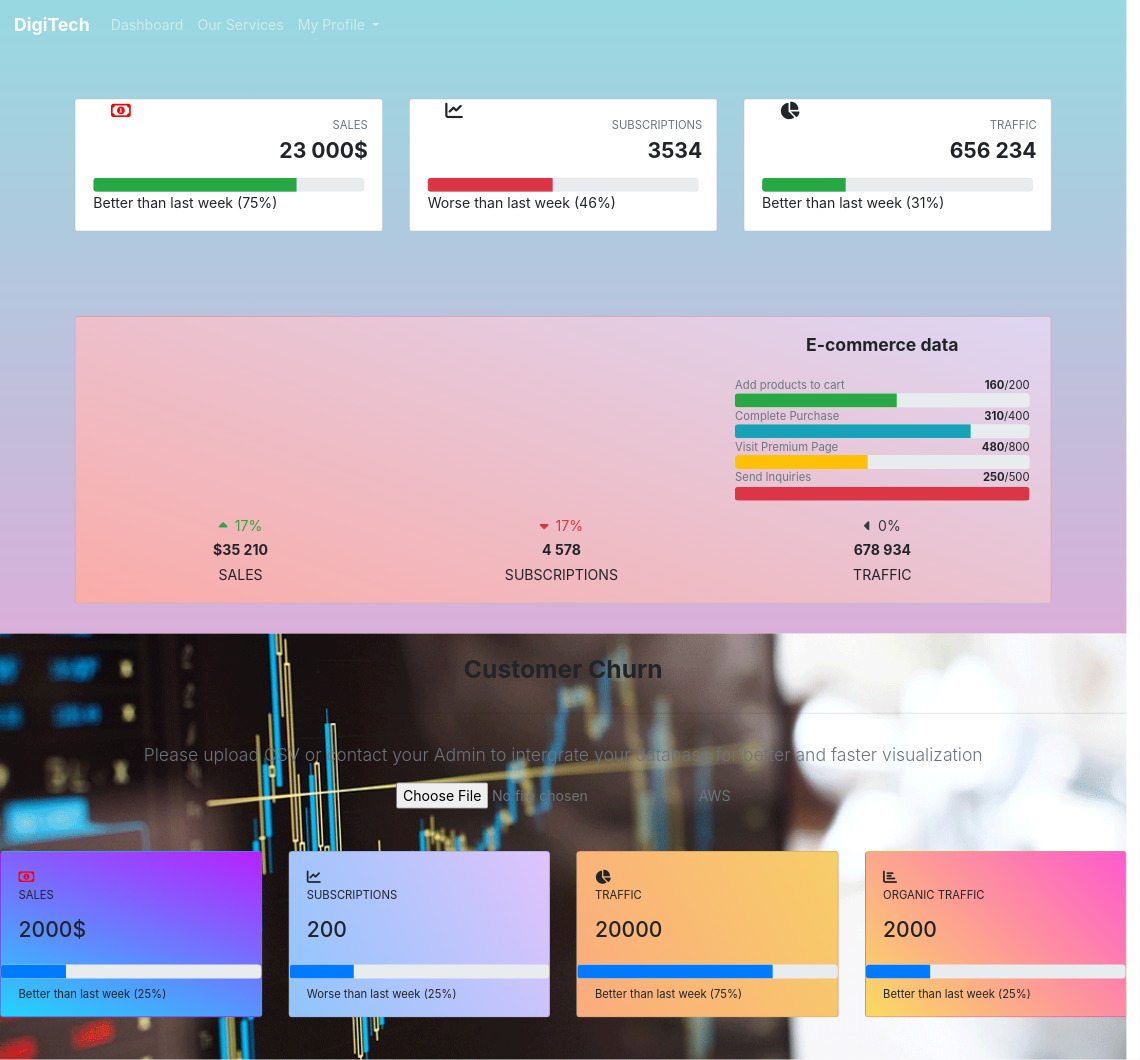
Repository: Tookliin/DigiTech
Page: /profile
An editor plug-in stored every save of this project. The page is shown before and after the next save, followed by the edit.
The browser window is 1280 px wide. The page is 1295 px wide, so the pictures cover 1295 px, including what lies to the right of the window. The pictures show the whole page, at 88% of full size.
The project was rebuilt for these pictures with package versions that can differ from the ones it lists, and the page was loaded fresh each time. Also part of the build but not shown: src/components/Dashboard.vue, src/components/Error.vue, src/components/Register.vue, src/components/Organization.vue.

Above is the page before, as saved 2020-07-22 11:51:28.

After the next save:
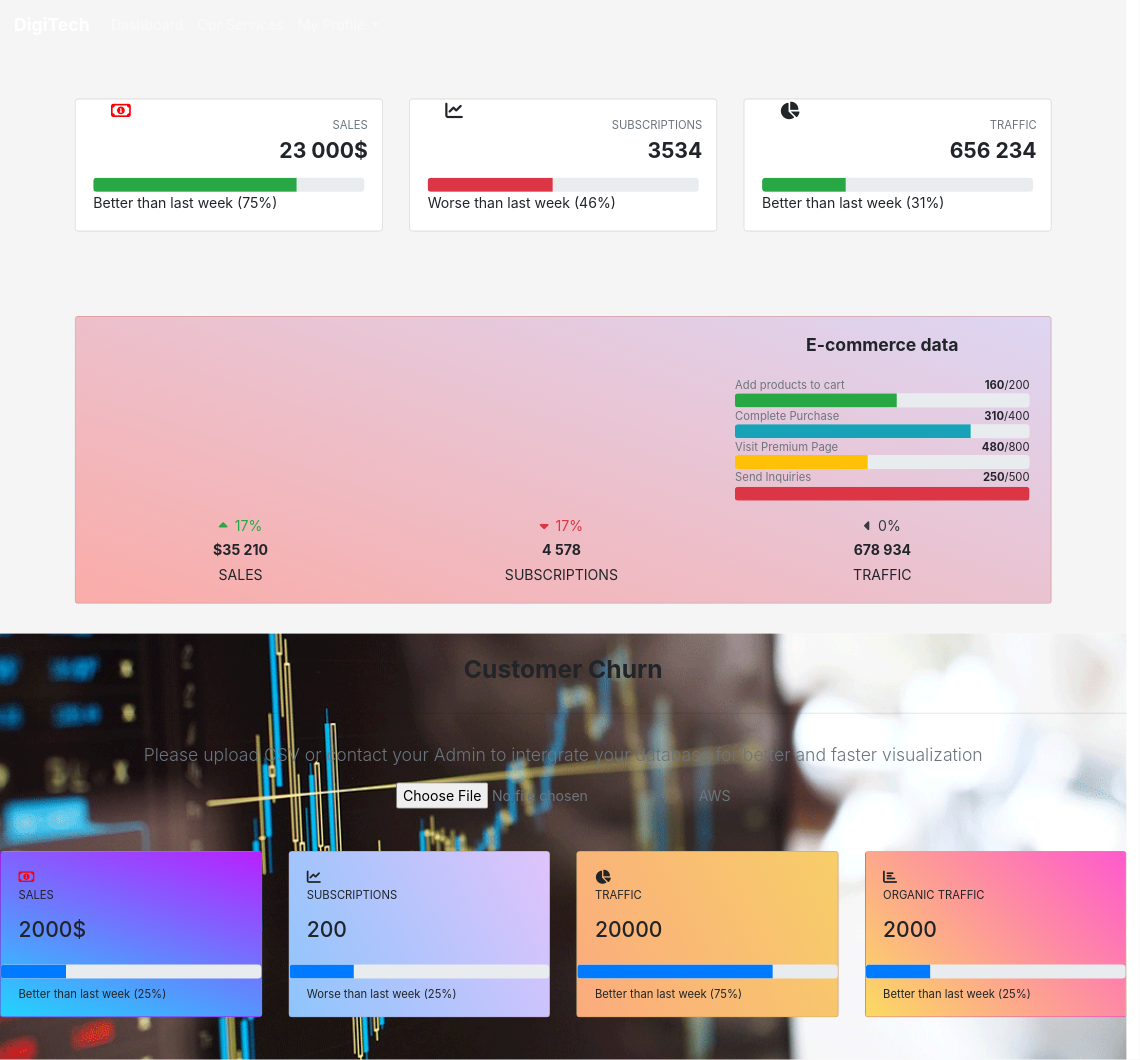
Saved 11 s later.
--- a/src/assets/css/main.css
+++ b/src/assets/css/main.css
@@ -55,10 +55,7 @@
 .profile{
 background-color:
 #F5F5F5;
-background-image: -webkit-linear-gradient(0deg, #D9AFD9 0%, #97D9E1 100%);
-background-image: -moz-linear-gradient(0deg, #D9AFD9 0%, #97D9E1 100%);
-background-image: -o-linear-gradient(0deg, #D9AFD9 0%, #97D9E1 100%);
-background-image: linear-gradient(0deg, #D9AFD9 0%, #97D9E1 100%);
+
 
 }
 

After the 2 saves that followed:
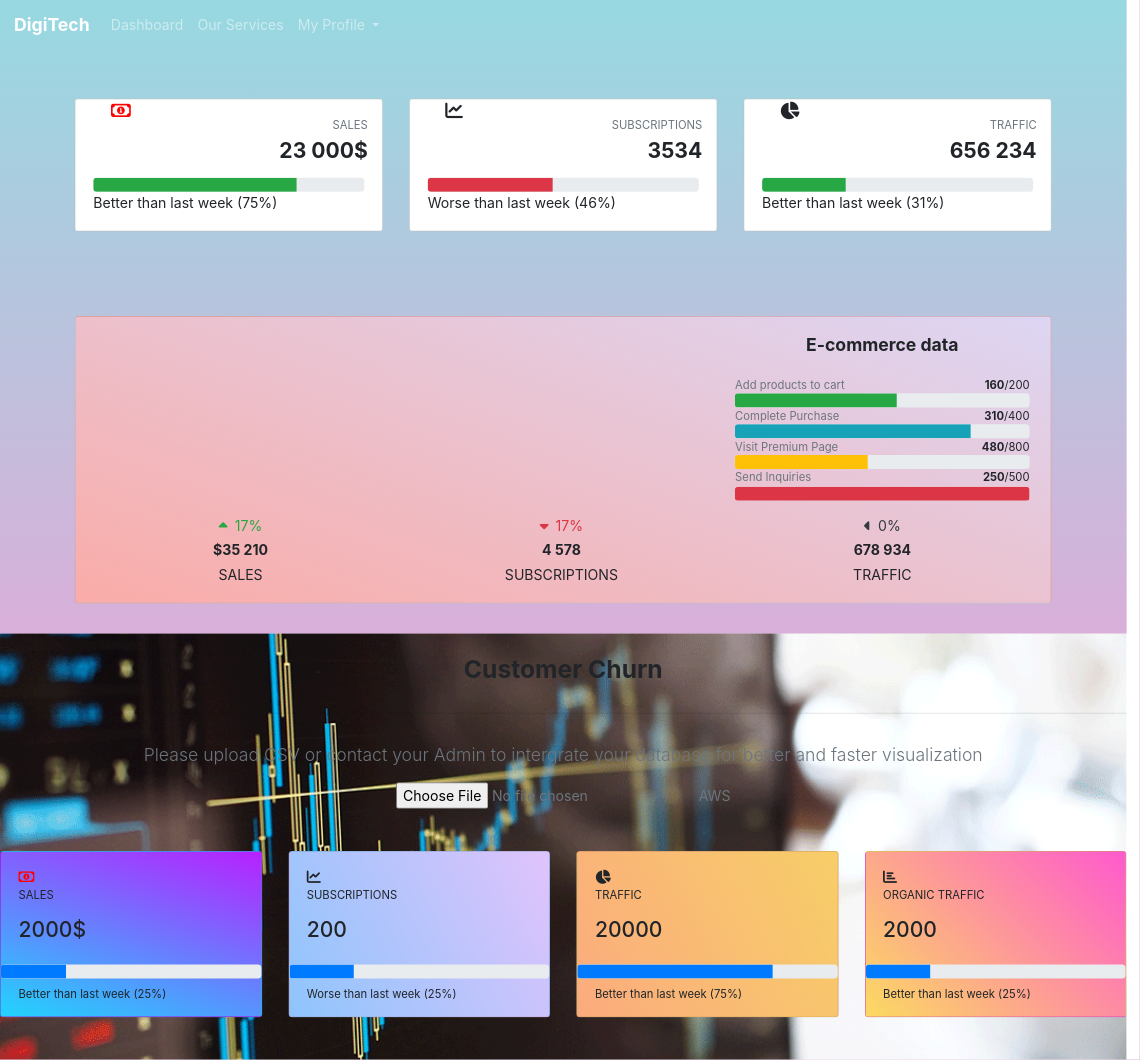
The 2 saves are shown as one change because they came seconds apart.
The last was saved 17 s later.
--- a/src/assets/css/main.css
+++ b/src/assets/css/main.css
@@ -53,9 +53,11 @@
 }
 
 .profile{
-background-color:
-#F5F5F5;
-
+background-color: #D9AFD9;
+background-image: -webkit-linear-gradient(0deg, #D9AFD9 0%, #97D9E1 100%);
+background-image: -moz-linear-gradient(0deg, #D9AFD9 0%, #97D9E1 100%);
+background-image: -o-linear-gradient(0deg, #D9AFD9 0%, #97D9E1 100%);
+background-image: linear-gradient(0deg, #D9AFD9 0%, #97D9E1 100%);
 
 }
 
